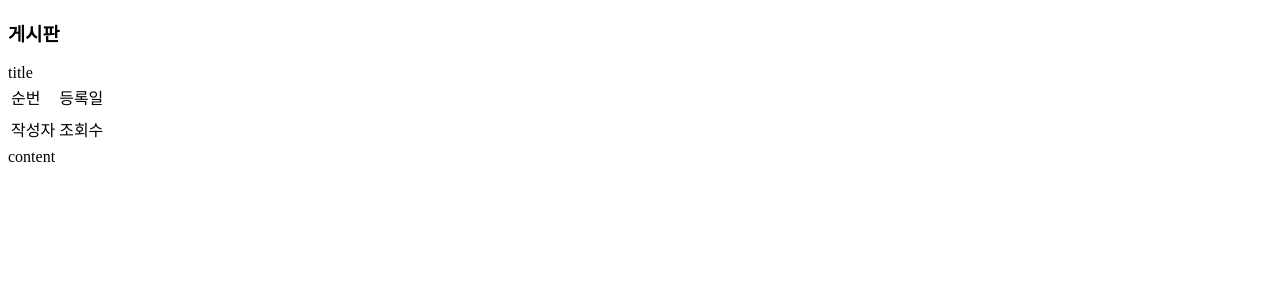
Repository: anydevil0812/board_subject
Page: http://localhost/board/post.jsp
An editor plug-in stored every save of this project. The page is shown before and after the next save, followed by the edit.
The browser window is 1280 px wide. The pictures show the whole page.
The page is served by Tomcat 9. Other server files are loaded and not shown.

Above is the page before, as saved 2024-10-29 07:44:39.

### board/src/main/webapp/post.jsp
<%@ page language="java" contentType="text/html; charset=EUC-KR"
    pageEncoding="EUC-KR"%>
<!DOCTYPE html>
<html>
<head>
	<title>게시글 조회</title>
</head>
<body>
	<h3>게시판</h3>
	<div>title</div>
	<div>
		<table>
			<tr>
				<td>순번</td>
				<td>등록일</td>
			</tr>
			<tr>
				<td></td>
				<td></td>
			</tr>
			<tr>
				<td>작성자</td>
				<td>조회수</td>
			</tr>
			<tr>
				<td></td>
				<td></td>
			</tr>
		</table>
	</div>
	<div>
		content
	</div>
</body>
</html>

After the next save:
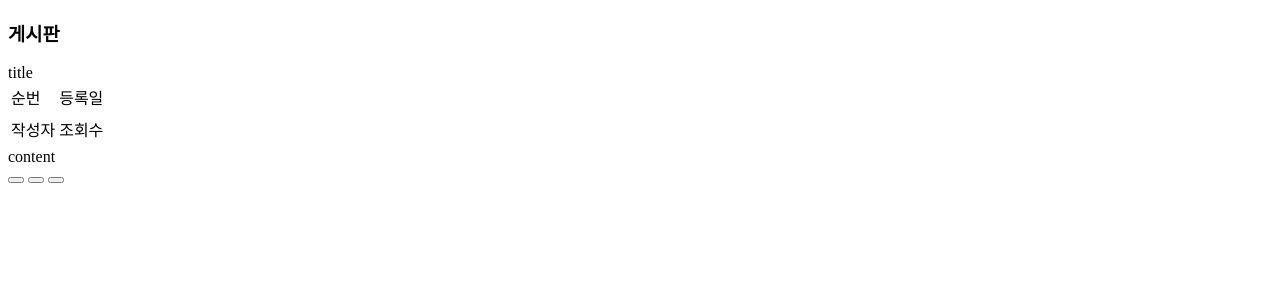
Saved 80 s later.
--- a/board/src/main/webapp/post.jsp
+++ b/board/src/main/webapp/post.jsp
@@ -7,29 +7,40 @@
 </head>
 <body>
 	<h3>게시판</h3>
-	<div>title</div>
 	<div>
-		<table>
-			<tr>
-				<td>순번</td>
-				<td>등록일</td>
-			</tr>
-			<tr>
-				<td></td>
-				<td></td>
-			</tr>
-			<tr>
-				<td>작성자</td>
-				<td>조회수</td>
-			</tr>
-			<tr>
-				<td></td>
-				<td></td>
-			</tr>
-		</table>
+		<div>title</div>
+		<div>
+			<table>
+				<tr>
+					<td>순번</td>
+					<td>등록일</td>
+				</tr>
+				<tr>
+					<td></td>
+					<td></td>
+				</tr>
+				<tr>
+					<td>작성자</td>
+					<td>조회수</td>
+				</tr>
+				<tr>
+					<td></td>
+					<td></td>
+				</tr>
+			</table>
+		</div>
+		<div>
+			content
+		</div>
 	</div>
-	<div>
-		content
-	</div>
+	<span>
+		<button value="수정"></button>
+	</span>
+	<span>
+		<button value="삭제"></button>
+	</span>
+	<span>
+		<button value="목록"></button>
+	</span>
 </body>
 </html>
